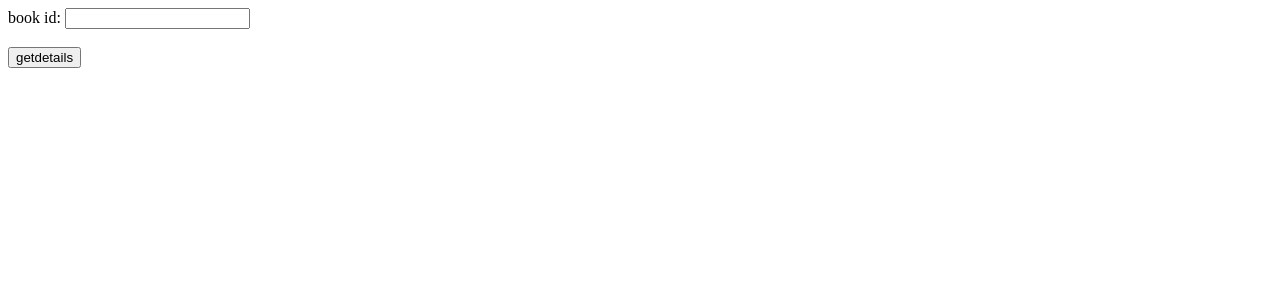
Repository: Saikumar6901/DBSTrainingModules
Page: http://localhost/Bookmanagement/updatefile.jsp
An editor plug-in stored every save of this project. The page is shown before and after the next save, followed by the edit.
The browser window is 1280 px wide. The pictures show the whole page.
The page is served by Tomcat 9. Other server files are loaded and not shown.

Above is the page before, as saved 2019-08-12 15:11:00.

### eclipse/Bookmanagement/WebContent/updatefile.jsp
<%@ page language="java" contentType="text/html; charset=ISO-8859-1"
    pageEncoding="ISO-8859-1"%>
<!DOCTYPE html>
<html>
<head>
<meta charset="ISO-8859-1">
<title>Insert title here</title>
</head>
<body>
<form action="updatedetails.jsp">
book id: <input type="text" name="bookid"><br></br>
 <input type="submit" value="getdetails">
</form>
</body>
</html>

After the next save:
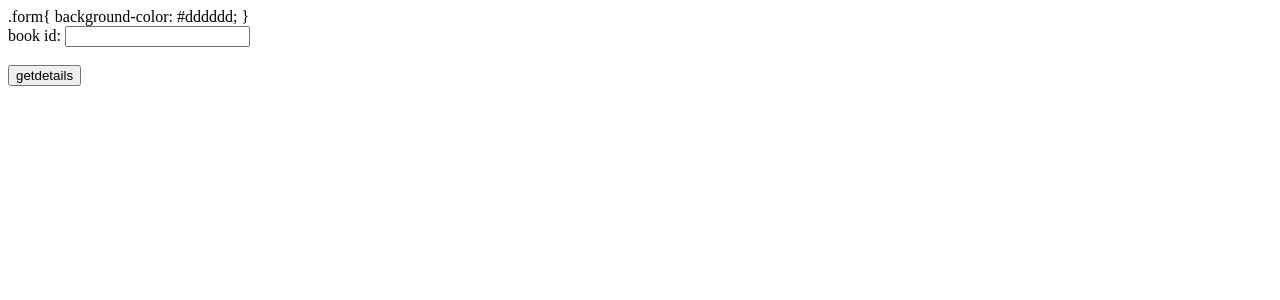
Saved 38 s later.
--- a/eclipse/Bookmanagement/WebContent/updatefile.jsp
+++ b/eclipse/Bookmanagement/WebContent/updatefile.jsp
@@ -5,6 +5,9 @@
 <head>
 <meta charset="ISO-8859-1">
 <title>Insert title here</title>
+.form{
+  background-color: #dddddd;
+}
 </head>
 <body>
 <form action="updatedetails.jsp">
